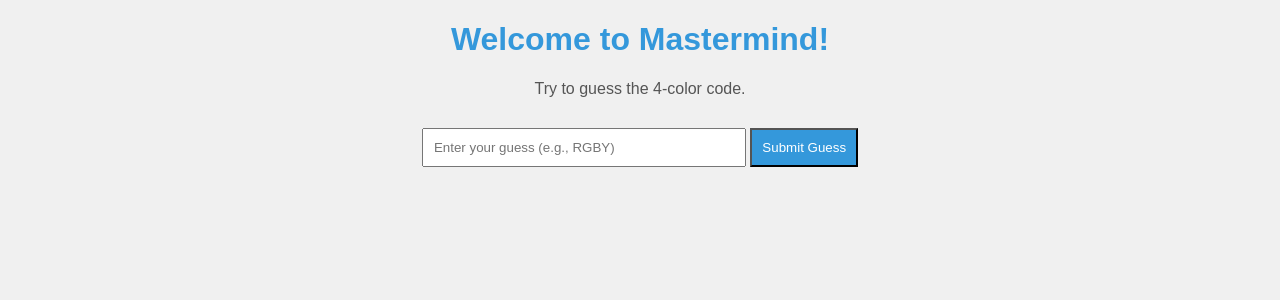
Repository: cheasopheaknita/Mastermind_Game
Page: http://localhost/
The author's editor kept a copy of each file at every save. The page is drawn from the files as they stood at one save, then again after the next save.
The browser window is 1280 px wide. The pictures show the whole page.
The page is served by the project's application, run on Flask 3 (mastermind_project/app.py).

Above is the page before, as saved 2024-02-06 01:36:03.

After the next save:
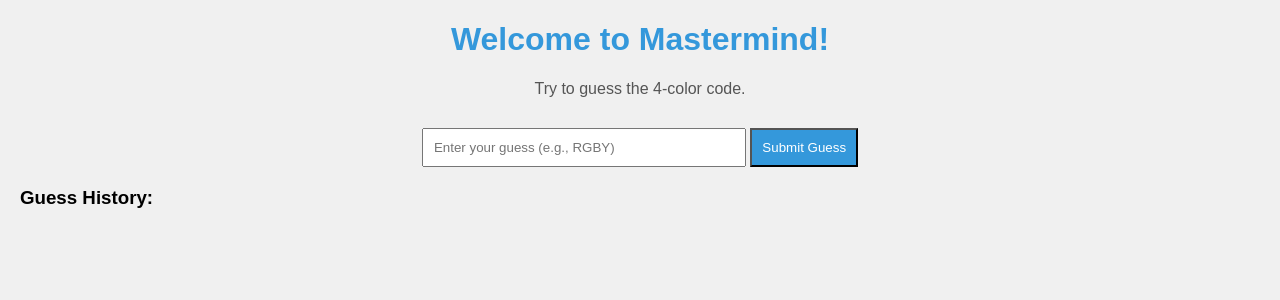
Saved 77 s later.
--- a/mastermind_project/templates/mastermind_game.html
+++ b/mastermind_project/templates/mastermind_game.html
@@ -39,6 +39,11 @@
             color: #fff;
             cursor: pointer;
         }
+
+        #history {
+            margin-top: 20px;
+            text-align: left;
+        }
     </style>
 </head>
 <body>
@@ -49,6 +54,11 @@
 
     <input type="text" id="userGuess" placeholder="Enter your guess (e.g., RGBY)" size="30">
     <button onclick="submitGuess()">Submit Guess</button>
+
+    <div id="history">
+        <h3>Guess History:</h3>
+        <ul id="guessHistory"></ul>
+    </div>
 
     <script>
         function submitGuess() {
@@ -65,11 +75,19 @@
             .then(data => {
                 // Handle the response from Flask
                 document.getElementById("result").innerText = data.result || data.error;
+                updateGuessHistory(userGuess, data.result || data.error);
             })
             .catch(error => {
                 console.error('Error:', error);
             });
         }
+
+        function updateGuessHistory(guess, result) {
+            var historyList = document.getElementById("guessHistory");
+            var listItem = document.createElement("li");
+            listItem.appendChild(document.createTextNode(`Guess: ${guess} - Result: ${result}`));
+            historyList.appendChild(listItem);
+        }
     </script>
 </body>
 </html>
